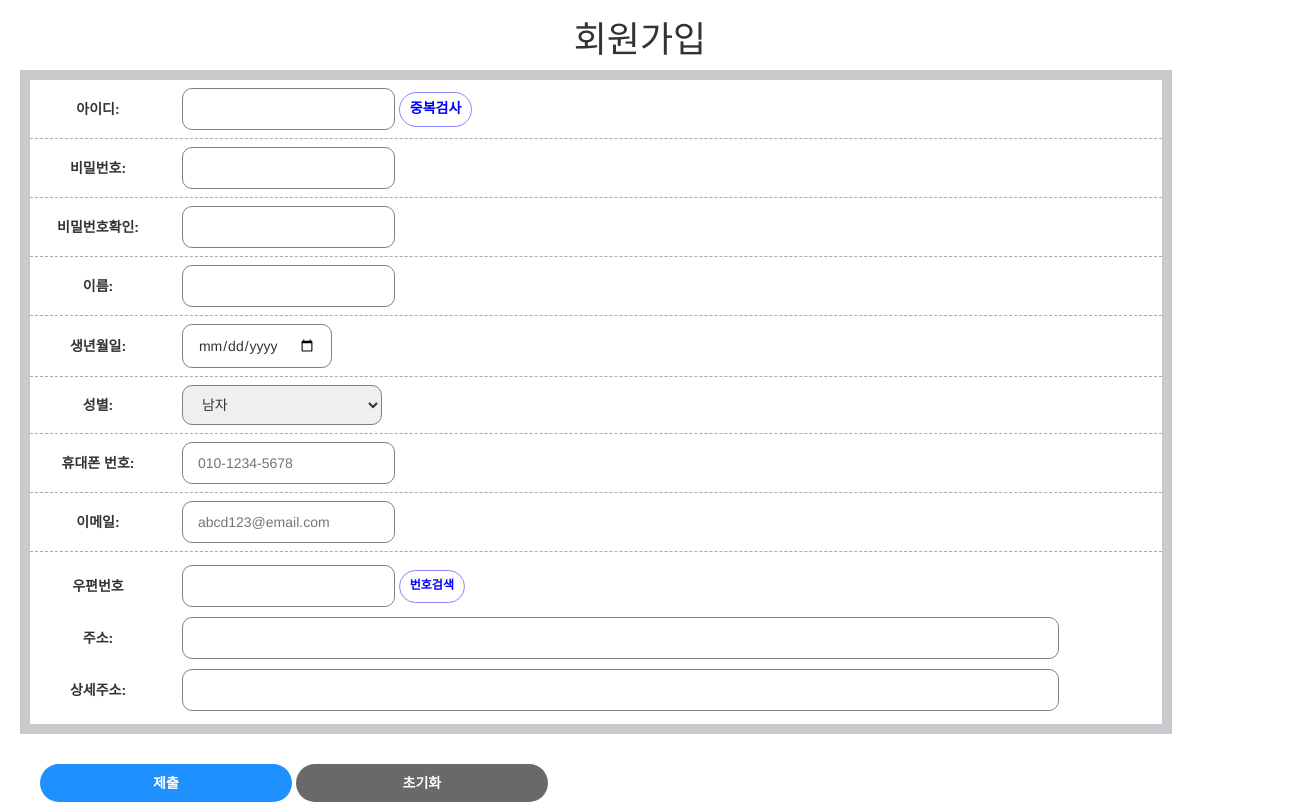
Repository: ypyp0205/jquery
Page: member/WebContent/member/memberform.html
An editor plug-in stored every save of this project. The page is shown before and after the next save, followed by the edit.
The browser window is 1280 px wide. The page is 1300 px wide, so the pictures cover 1300 px, including what lies to the right of the window. The pictures show the whole page.
Some web libraries are served in a nearby version.

Above is the page before, as saved 2020-03-11 03:29:27.

### member/WebContent/member/memberform.html
<!DOCTYPE html>
<html>
<head>
<meta charset="UTF-8">
<title>Insert title here</title>
<link rel="stylesheet" href="../css/mystyle.css">
<meta name="viewport" content="width=device-width, initial-scale=1">
<link rel="stylesheet" href="https://maxcdn.bootstrapcdn.com/bootstrap/3.3.7/css/bootstrap.min.css">
  <script src="https://ajax.googleapis.com/ajax/libs/jquery/3.2.1/jquery.min.js"></script>
  <script src="https://maxcdn.bootstrapcdn.com/bootstrap/3.3.7/js/bootstrap.min.js"></script>
  <script src="https://code.jquery.com/ui/1.12.1/jquery-ui.js"></script>

 <script src="../js/member2.js"></script>
<link rel="stylesheet" href="../css/mystyle.css">
<script>



 $(function(){
	 $('#pass').on('focus', function(){

		 $('.cpass span').remove();
		 $('.cpass img').remove();

		 $('<span/>', {
			 'text' : '영문대소문자특수문자숫자조합4~10'

		 }).appendTo('.cpass');
	 })
	 $('#pass').on('blur', function(){
		 //정규식 체크
		 //맞다면 체크표시
		 if(!passcheck()){
			 return false;
		 }

		 $('.cpass span').remove();

		 $('<img>', {
			 'src' : '../images/check.png'
		 }).appendTo('.cpass');
	 })
	$('#pass2').on('focus', function(){
		    $('.cpass2 img').remove();
		    $('.cpass2 span').remove();
			   $('<span/>', {
				   'text' : '비밀번호와 일치'
			 }).appendTo('.cpass2')
	})
	$('#pass2').on('blur', function(){
		   if(!pass2check()){
			 return false;
		   }
		   $('.cpass2 span').remove();
		   $('<img>', {
			   'src' : '../images/check.png'
		   }).appendTo('.cpass2');
	})







	$('#bir').on('focus', function(){
		    $('.cbir img').remove();
		    $('.cbir span').remove();
			   $('<span/>', {
				   'text' : '생년월일 입력'
			 }).appendTo('.cbir')
	})
	$('#bir').on('blur', function(){
		   if(!bircheck()){
			 return false;
		   }
		   $('.cbir span').remove();
		   $('<img>', {
			   'src' : '../images/check.png'
		   }).appendTo('.cbir');
	})


	$('#name').on('focus', function(){
		   $('.cname img').remove();
		   $('.cname span').remove();
			$('<span/>', {
				   'text' : '한글2~5/영문5~10'
			 }).appendTo('.cname')

	})
	$('#name').on('blur', function(){
			   if(!namecheck()){
				 return false;
			   }
			   $('.cname span').remove();
			   $('<img>', {
				   'src' : '../images/check.png'
			   }).appendTo('.cname');
	})

	 ////////////////////////////////////
	 //아이디 중복검사
	 $('#btnid').on('click', function(){

		 if(!idcheck()){
			 return false;
		 }
		// console.log(idvalue);
		 $.ajax({
			 url : '/member/CheckId',
			 data : { 'id' : idvalue},
			 type : 'get',
			 dataType : 'json',
			 success : function(res){
				 $('#idchk').html(res.sw)
				            .css('color', 'red');
			 },
			 error : function(xhr){
				alert("상태 : " + xhr.status);
			 }
		 })
	 })

	 //////////////////
	 //제출
	 $('#btnjoin').on('click', function(){

		 console.log($('#ff').serialize());
		 console.log($('#ff').serializeArray());

	    $.ajax({
			url : '/member/MemberJoin',
			type : 'post',
			data : $('#ff').serializeArray(),
			success : function(res){
				$('#joinres').html(res.sw)
				             .css('color', 'red');
				$('#reset').hide();
			},
			error : function(xhr){
				alert("상태 : " + xhr.status);
			},
			dataType : 'json'
		 })
	 })

	 //동검색
	$('#dongbtn').on('click', function(){
		 dongvalue=  $('#dong').val().trim();
		 console.log(dongvalue);
		 $.ajax({
			 url : '/member/ZipCode',
			 type : 'post',
			 data : { 'dong' : dongvalue },
			 dataType : 'json',
			 success : function(res){
				 code = "<table>";
				 code += "<tr><td>우편번호</td><td>주소</td>";
				 code += "<td>번지</td></tr>"
				 $.each(res, function(i){
					 code += "<tr><td>" + res[i].zip + "</td>";
					 code += "<td>" + res[i].addr + "</td>";
					 code += "<td>" + res[i].bunji + "</td></tr>";
				 })
				 code += "</table>";

				 $('#result1').html(code);

			 },
			 error : function(xhr){
				alert("상태 : " + xhr.status) ;
			 }

		 })
	 })

	//동출력 결과에서 한 행을 클릭하면
	 $('#result1').on('click','tr', function(){
		 //결과에서 하나의 행을 선택하면  우편번호와 주소값 가져오기
		  code =  $('td:eq(0)', this).text();
		  addr = $('td:eq(1)', this).text();

		  //form 의 요소에  전달하여 출력하기
		  $('#zip').val(code);
		  $('#add1').val(addr);

		  $('#dong').val("");
		  $('#result1').empty();

		  $('#myModal').modal('hide');

	 })

 })
</script>
<style>

  .container1{text-align:center;   }
  .form-horizontal1{  margin-left : 20px;width:100%;   box-sizing:border-box; }

   fieldset {border: 10px solid #cacace; background: #fff; width:90%;}

	.form-group1 {
	        text-align:left;
	        padding: 8px;
	        border-bottom: 1px dashed #ababab;
	 }

    .form-group1 label.control-label {
	          /* background: #efefef;  */
	          width: 120px;
	          display: inline-block;
	          text-align: center;
	          box-sizing:border-box;
	 }

	.form-group1 input, .form-group1 select , .modal-body input{
	         box-sizing:border-box;
	        margin-left : 20px;
	        padding: 10px 15px;
	        border-radius: 10px;
	        border: 0 none;
	        border : 1px solid gray;
	 }
	 .form-group1 select{
	      width : 200px;
	 }
	.form-group1 input#add1, .form-group1 input#add2{
	           width:calc(90% - 127px);
	           box-sizing:border-box;
	 }
	.form-group1 input.addr{
	          margin : 5px 20px;
	          margin-right: 0px;
	}
	.form-group1:last-child {border-bottom: 0 none;}
	.form-group1 .btn, .modal-body #zipbtn{
		   background:#fff;
		   font-weight: bold;
		   border:1px solid #8888ff;
		   color:blue;
		  /*  margin-left: 10px; */
		   padding: 5px 10px 8px;
		   border-radius: 50px;
		 /*   box-sizing:border-box; */
	 }

	.btn-wrap{margin-top:30px; margin-left:20px; text-align: left;}
	.btn-wrap .btn{
	        width:20%;
	        padding:10px;
	        font-size:1.0em;
	      /*   box-sizing:border-box; */
	        color: white;
	        font-weight: bold;
	        background: Dodgerblue;
	        border:  none;
	        border-radius: 50px;
	  }
	.btn-wrap .btn.btn-default{background: DimGray;}

	div.modal{
	  display : none;
	}

  span {
   color : red;
    font-size : 1.1em;
  }
  td{
    text-align : center;
  }

  .ziptr:hover{
     background : lime;
  }
  .modal-body p{
    margin-left : 20px;
  }
  .modal-sm{
     width : 500px;
  }

  tr:hover{
   background : lime;
  }
</style>

</head>
<body>
<div class="container1">
<h1>회원가입</h1>

<form class="form-horizontal1"  id="ff"  name="ff">

	 <fieldset>

	   <div class="form-group1">
	      <label class="control-label" for="id">아이디:</label>
	        <input type="text" class="form-control1" id="id" placeholder="" name="mem_id">
	       <button type="button" id="btnid" class="btn">중복검사</button>
	      <span id="idchk"></span>
	    </div>

	   <div class="form-group1 cpass divc">
	      <label class="control-label" for="pass">비밀번호:</label>
	        <input type="password" class="form-control1" id="pass" placeholder="" name="mem_pass">
	   </div>

	    <div class="form-group1 cpass2 divc">
	      <label class="control-label" for="pass2">비밀번호확인:</label>
	       <input type="password" class="form-control1" id="pass2" placeholder="" name="mem_pass">
	    </div>

		 <div class="form-group1  cname divc">
	      <label class="control-label" for="name">이름:</label>
	        <input type="text" class="form-control1" id="name" placeholder="" name="mem_name">
	    </div>

	    <div class="form-group1 cbir divc" >
	      <label class="control-label" for="birth">생년월일:</label>
	       <input type="date" class="form-control1" id="bir" placeholder="" name="mem_bir">
	     <!--  <input type="text" class="form-control1" id="bir" placeholder="" name="mem_bir"> -->
	    </div>

	     <div class="form-group1">
	       <label class="control-label" for="birth">성별:</label>
	       <select  class="form-control1" id="gender" name="gender">
	         <option class="" value="남자">남자</option>
	         <option  class="" value="여자">여자</option>
	      </select>
	     </div>


	    <div class="form-group1 cptel divc">
	      <label class="control-label" for="ptel">휴대폰 번호:</label>
	        <input type="text" class="form-control1" id="ptel" placeholder="010-1234-5678" name="mem_hp">
	    </div>

	    <div class="form-group1 cmail divc">
	      <label class="control-label" for="email">이메일:</label>
	        <input type="email" class="form-control1" id="email" placeholder="abcd123@email.com" name="mem_mail">
	    </div>

	    <div class="form-group1">
	      <label class="control-label" for="zip">우편번호</label>
	         <input type="text" class="form-control1 addr" id="zip" placeholder="" name="mem_zip">

	          <button type="button" id="btnzip" class="btn btn-success btn-xs" data-toggle="modal" data-target="#myModal">번호검색</button><br>
	       <label class="control-label" for="zip">주소:</label>
	         <input type="text" class="form-control1 addr"  id="add1" placeholder="" name="mem_add1"><br>
	        <label class="control-label" for="zip">상세주소:</label>
	         <input type="text" class="form-control1 addr"  id="add2" placeholder="" name="mem_add2">
	    </div>


  </fieldset>
    <div class="btn-wrap">
        <button type="button" class="btn btn-primary btn-lg" id="btnjoin" >제출 </button>
		<span id="joinres"></span>
		<button  id="reset" type="reset" class="btn btn-default btn-lg" >초기화</button>
    </div>
  </form>
 </div>


 <!-- Modal -->
  <div class="modal fade" id="myModal" role="dialog">
    <div class="modal-dialog modal-sm">

      <!-- Modal content-->
      <div class="modal-content">
        <div class="modal-header">
          <button type="button" class="close" data-dismiss="modal">&times;</button>
          <h2 class="modal-title">우편번호 찾기</h2>
        </div>
        <div class="modal-body">
          <p>찾고자 하는 동을 입력하세요.</p>
          <input type="text" id="dong">
          <button type="button" id="dongbtn">검색</button>
          <br><br>
          <div id="result1"></div>
        </div>
        <div class="modal-footer">
          <button type="button" class="btn btn-default" data-dismiss="modal">Close</button>
        </div>
      </div>

    </div>
  </div>


</body>
</html>

### member/WebContent/css/mystyle.css
@CHARSET "UTF-8";

pre{
		height : auto;
		background : #FAECC5;
		border : 2px solid #D6F0FF;
		font-size: 20px;
		padding : 10px;
		}

.box{
	background: yellow;
	margin: 10px;
	height: auto;
	padding: 10px;
}

.box div{
	border: 5px dotted orange;
	height: auto;
	margin: 10px;
	padding: 10px;
}
.box button {
	color: white;
	background: blue;
	padding: 5px;
	margin: 5px;
	/* font-size : 1.2em;*/
	width:  80px;
	border-radius : 40px;
}

.box pre{
	padding: 15px;
	color: blue;
	background: rgb(197, 209, 222);
	line-height: 1.1em;
}

### member/WebContent/js/member2.js
/**
 *
 */

var idcheck = function(){


	 idvalue =  $('#id').val().trim();
	 idlen = idvalue.length;
	 //공백체크
	 if(idlen <= 0){
		 alert("아이디입력");
		 return false;
	 }
	 //길이 체크 4~12
     if(idlen < 4 || idlen > 12){
    	 alert('id 4~12사이로 입력 ');
    	 return false;
     }

	 //형식체크-
     //영문 소문자로 시작 하고 두 번째 문자부터 영문대소문자와 숫자를
     //조합해서 전체길이는 4~12
	 idreg = /^[a-z][a-zA-Z0-9]{3,11}$/
	 if(  !(idreg.test(idvalue))){
	   alert("id 형식오류") ;
	   return false;
	 }

	 return true;

}

var passcheck = function(){

	vpass = $('#pass').val().trim();
	passlen = vpass.length;
	//비밀번호길이 4~10
	if(passlen <4 || passlen > 10){
		alert("비밀번호 4~10 사이입력");
		return false;
	}

	//비밀번호정규식 영문대소문자 특수문자숫자
	passreg = /^(?=.*[A-Z])(?=.*[a-z])(?=.*[0-9])(?=.*[!@#$%^&*]).{4,10}$/;
	if(!(passreg.test(vpass))){
		alert("비밀번호 형식오류");
		return false;
	}

	return true;

}

var pass2check = function(){
	vpass = $('#pass').val().trim();
	vpass2 = $('#pass2').val().trim();

	pass2len = vpass2.length;

	if(pass2len <= 0) {
		return false;
	}

	if(vpass != vpass2){
		return false;
	}

	return true;
}
var bircheck = function(){
	//생년월일 입력
	birvalue = $('#bir').val().trim();
	birlen = birvalue.length;

	if(birlen <= 0){
		 alert("생년월일을 입력하세요");
		 return false;
	}

	return true;
}
var namecheck = function(){

	vname = $('#name').val().trim();
	namelen = vname.length;

	//공백
	if(namelen <= 0 ){
		alert("이름입력");
		return false;
	}

	//정규식
	namereg = /^[가-힣]+$|^[a-zA-Z]+$/;
	if(namereg.test(vname)){
		regkor = /^[가-힣]+$/;
		regeng = /^[a-zA-Z]+$/;
		if(regkor.test(vname)){
			if(namelen <2 || namelen >5){
				alert("한글 2~5 사이 ");
				return false;
			}
		}else {
			if(namelen <5 || namelen >10){
				alert("영문 5~10 사이 ");
				return false;
			}
		}
	}else{
	  alert("이름 형식 오류 ");
	  return false;
	}

	return true;
}

After the next save:
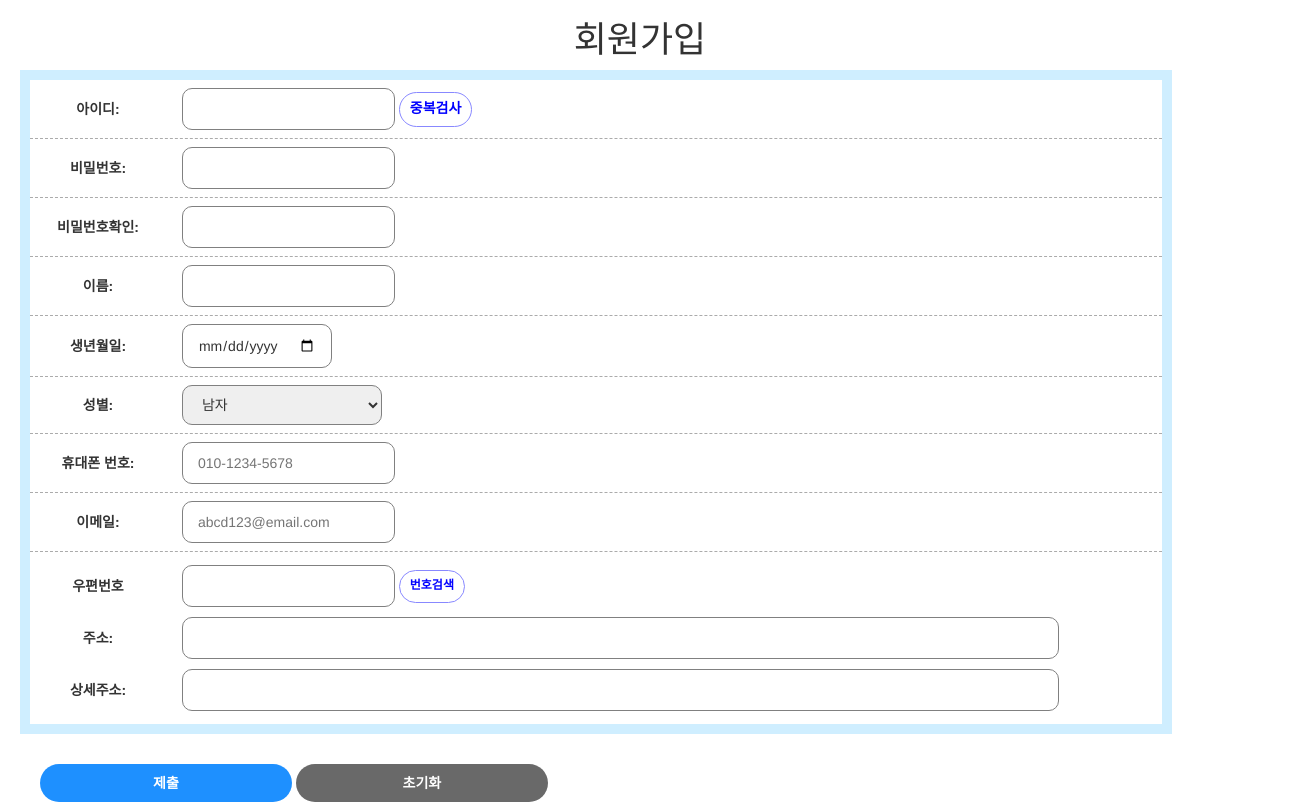
Saved 26 s later.
--- a/member/WebContent/member/memberform.html
+++ b/member/WebContent/member/memberform.html
@@ -199,7 +199,7 @@
   .container1{text-align:center;   }
   .form-horizontal1{  margin-left : 20px;width:100%;   box-sizing:border-box; }
 
-   fieldset {border: 10px solid #cacace; background: #fff; width:90%;}
+   fieldset {border: 10px solid #cfeeff; background: #fff; width:90%;}
 
 	.form-group1 {
 	        text-align:left;
